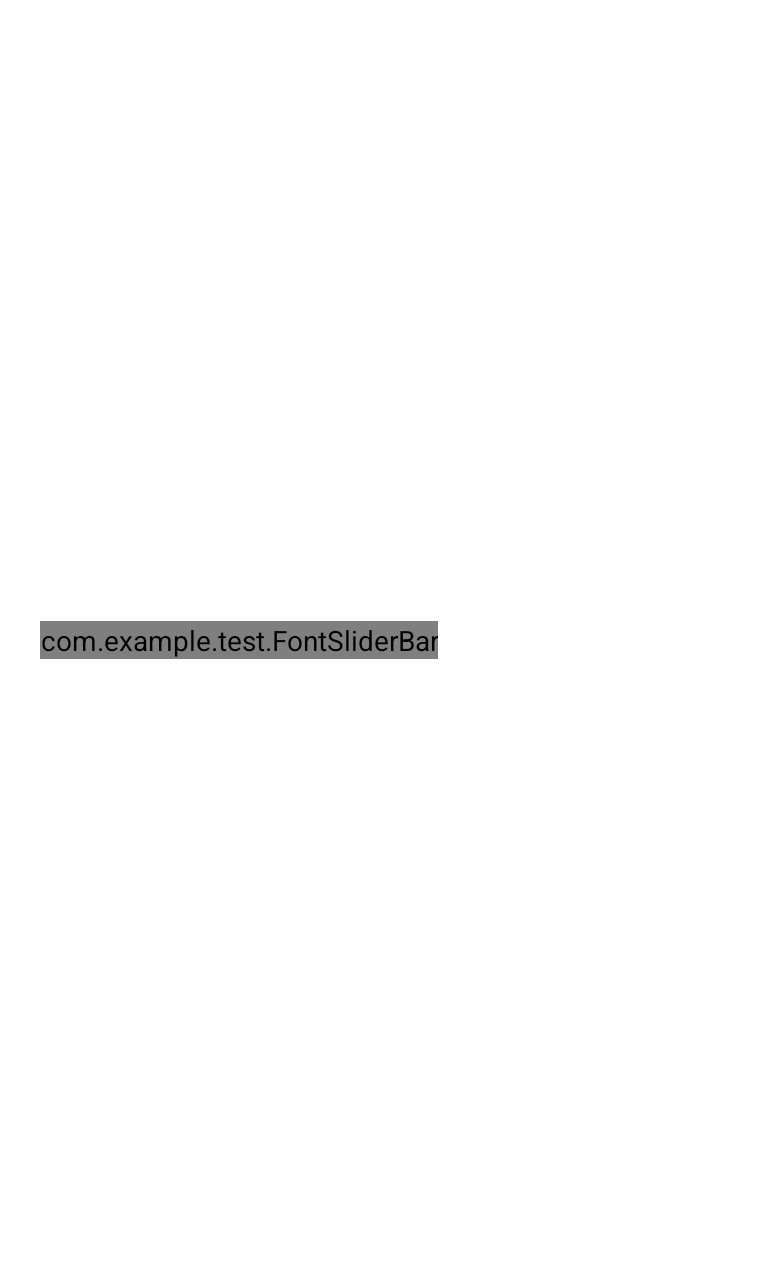
Repository: MichaelChansn/HostAndSlave
Layout: Test/res/layout/activity_main.xml
An editor plug-in stored every save of this project. The layout is shown before and after the next save, followed by the edit.
Pictures or frames that could not be fetched are drawn as grey boxes. It is drawn on a 768 x 1280 px phone screen (xhdpi) without system bars, with theme AppTheme; the app's code is not run.

Above is the layout before, as saved 2016-08-22 09:45:52.

### Test/res/layout/activity_main.xml
<RelativeLayout xmlns:android="http://schemas.android.com/apk/res/android"
    xmlns:tools="http://schemas.android.com/tools"
    android:layout_width="match_parent"
    android:layout_height="match_parent"
    tools:context="com.example.test.MainActivity" >

     <!-- <com.example.test.FontView
        android:layout_width="wrap_content"
        android:layout_height="wrap_content"
        android:text="@string/hello_world" />  -->

<!-- <com.example.test.MultiCricleView
     android:layout_width="wrap_content"
        android:layout_height="wrap_content"
    /> -->
    <com.example.test.FontSliderBar
        android:id="@+id/sliderbar"
        android:layout_centerVertical="true"
        android:layout_width="wrap_content"
        android:layout_marginLeft="20dp"
        android:layout_marginRight="20dp"
        android:layout_height="wrap_content"
        />
</RelativeLayout>

Loaded but not shown: Test/res/values/styles.xml (common file); Test/res/values-v11/styles.xml (common file); Test/res/values-v14/styles.xml (common file); Test/res/values/strings.xml (common file)

After the next save:
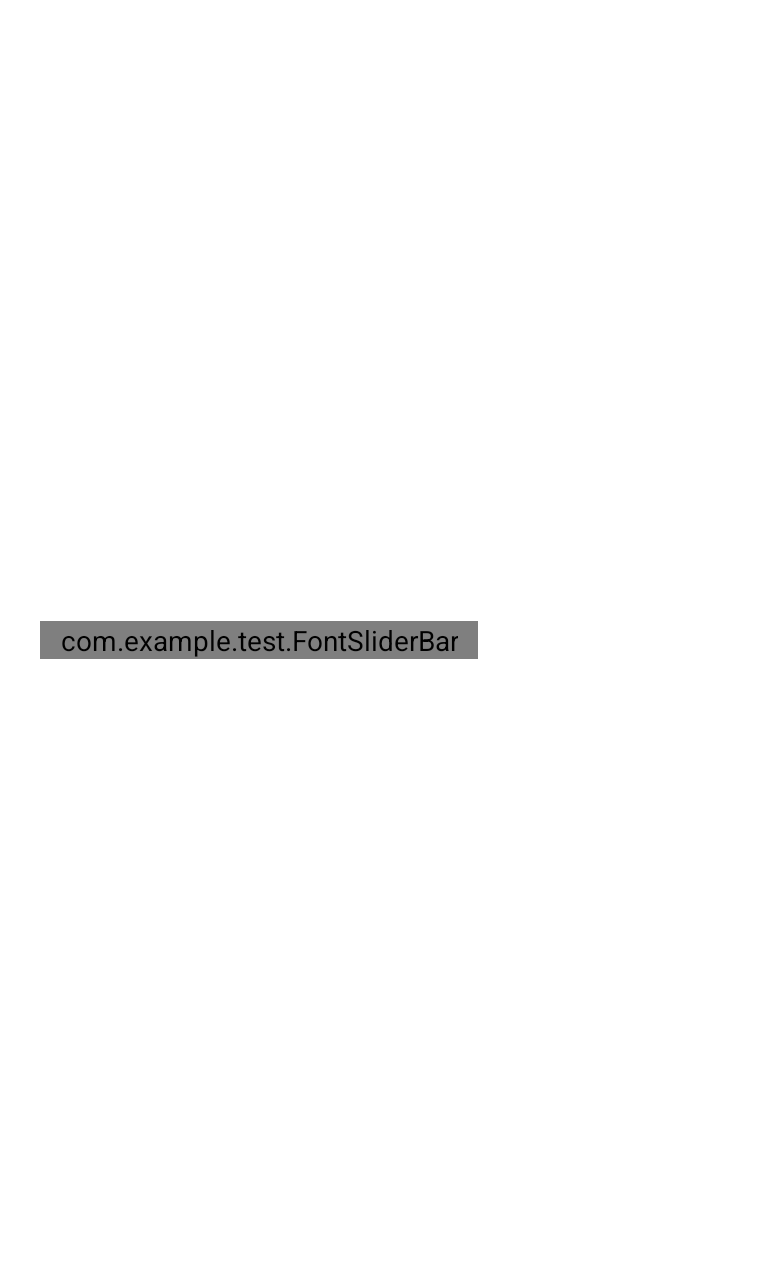
Saved 22 min 22 s later.
--- a/Test/res/layout/activity_main.xml
+++ b/Test/res/layout/activity_main.xml
@@ -19,6 +19,8 @@
         android:layout_width="wrap_content"
         android:layout_marginLeft="20dp"
         android:layout_marginRight="20dp"
+        android:paddingLeft="10dp"
+        android:paddingRight="10dp"
         android:layout_height="wrap_content"
         />
 </RelativeLayout>
